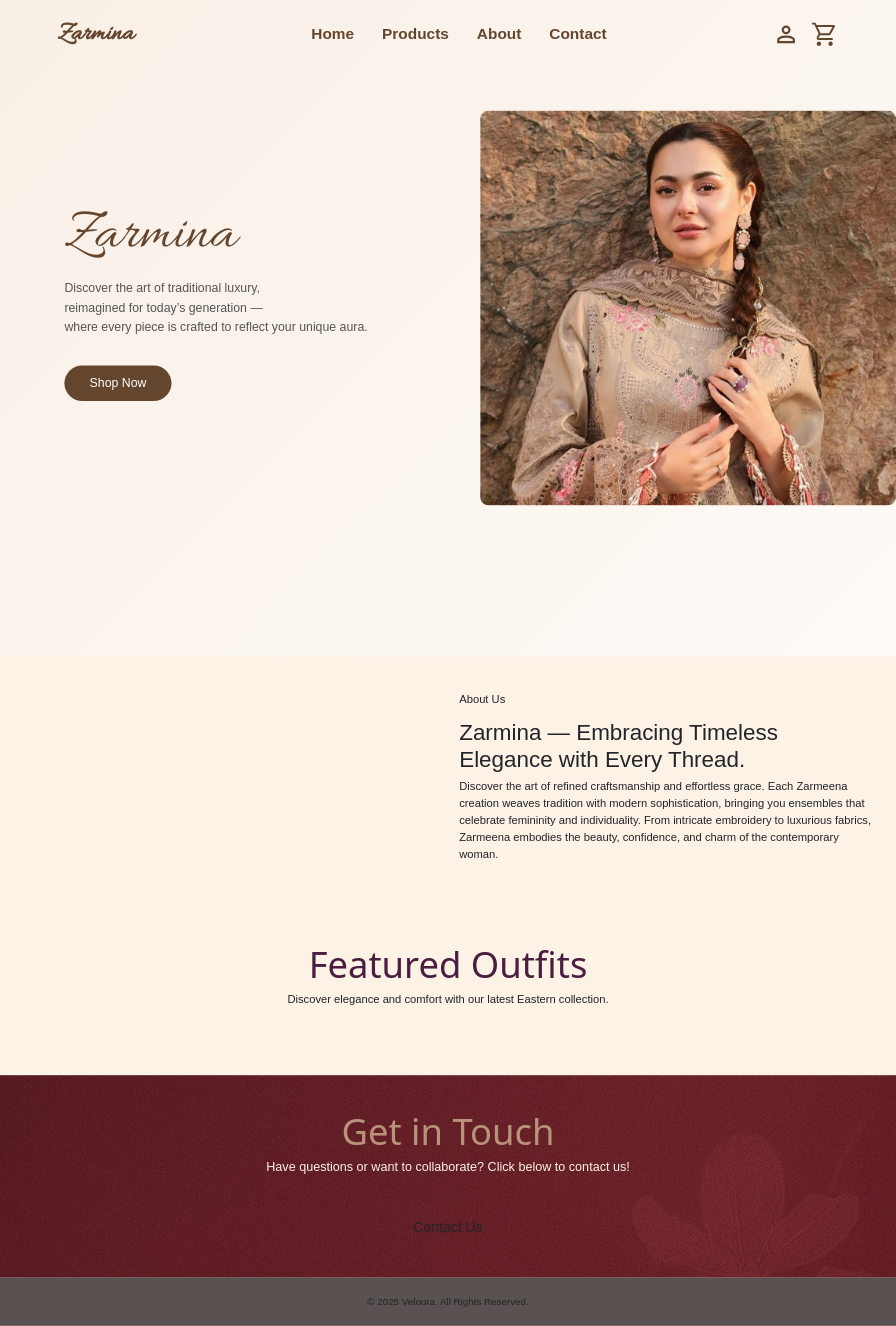
Repository: ayeshatehreem77/Clothing-store
Page: / (app in perfumes-app/)
An editor plug-in stored every save of this project. The page is shown before and after the next save, followed by the edit.
The browser window is 1280 px wide. The pictures show the whole page, at 70% of full size.
Pictures or frames that could not be fetched are drawn as grey boxes. The page's requests for data from a server got no answer. Some web fonts or font styles are not loaded; a fallback is used. The project was rebuilt for these pictures with package versions that can differ from the ones it lists, and the page was loaded fresh each time. No one was signed in, and anything a server would have sent is missing. Also part of the build but not shown: perfumes-app/src/components/Alert.js.

Above is the page before, as saved 2025-10-30 22:32:00.

After the next save:
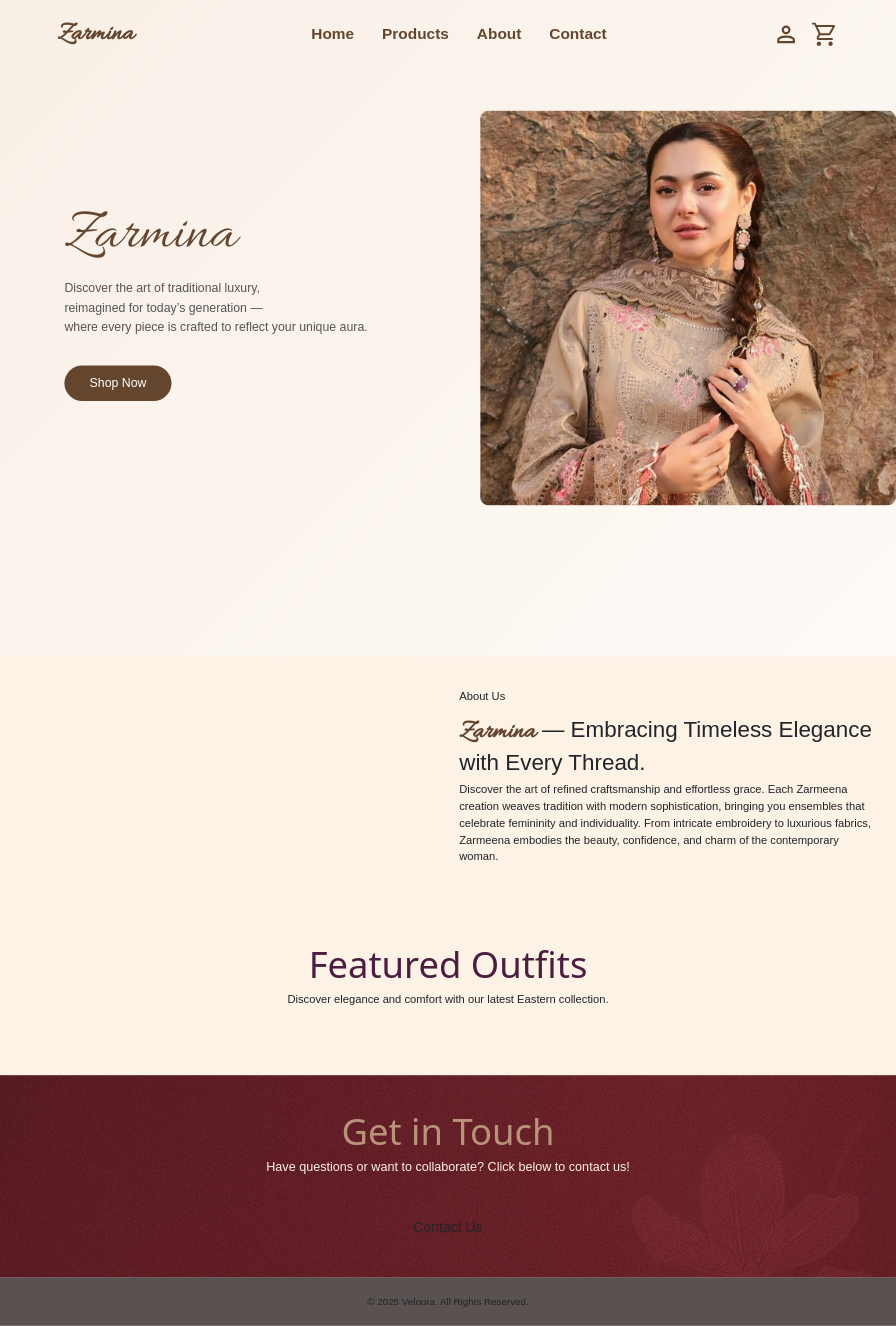
Saved 58 s later.
--- a/perfumes-app/src/components/Aboutus.js
+++ b/perfumes-app/src/components/Aboutus.js
@@ -32,7 +32,7 @@
       <div className="left-section">
         <p>About Us</p>
         <h2>
-         <span>Zarmina</span> — Embracing Timeless Elegance with Every Thread.
+         <span className="navbar-brand fw-bold veloura-logo">Zarmina</span> — Embracing Timeless Elegance with Every Thread.
         </h2>
         <p>Discover the art of refined craftsmanship and effortless grace. Each Zarmeena creation weaves tradition with modern sophistication, bringing you ensembles that celebrate femininity and individuality. From intricate embroidery to luxurious fabrics, Zarmeena embodies the beauty, confidence, and charm of the contemporary woman.</p>
       </div>

After the save that followed:
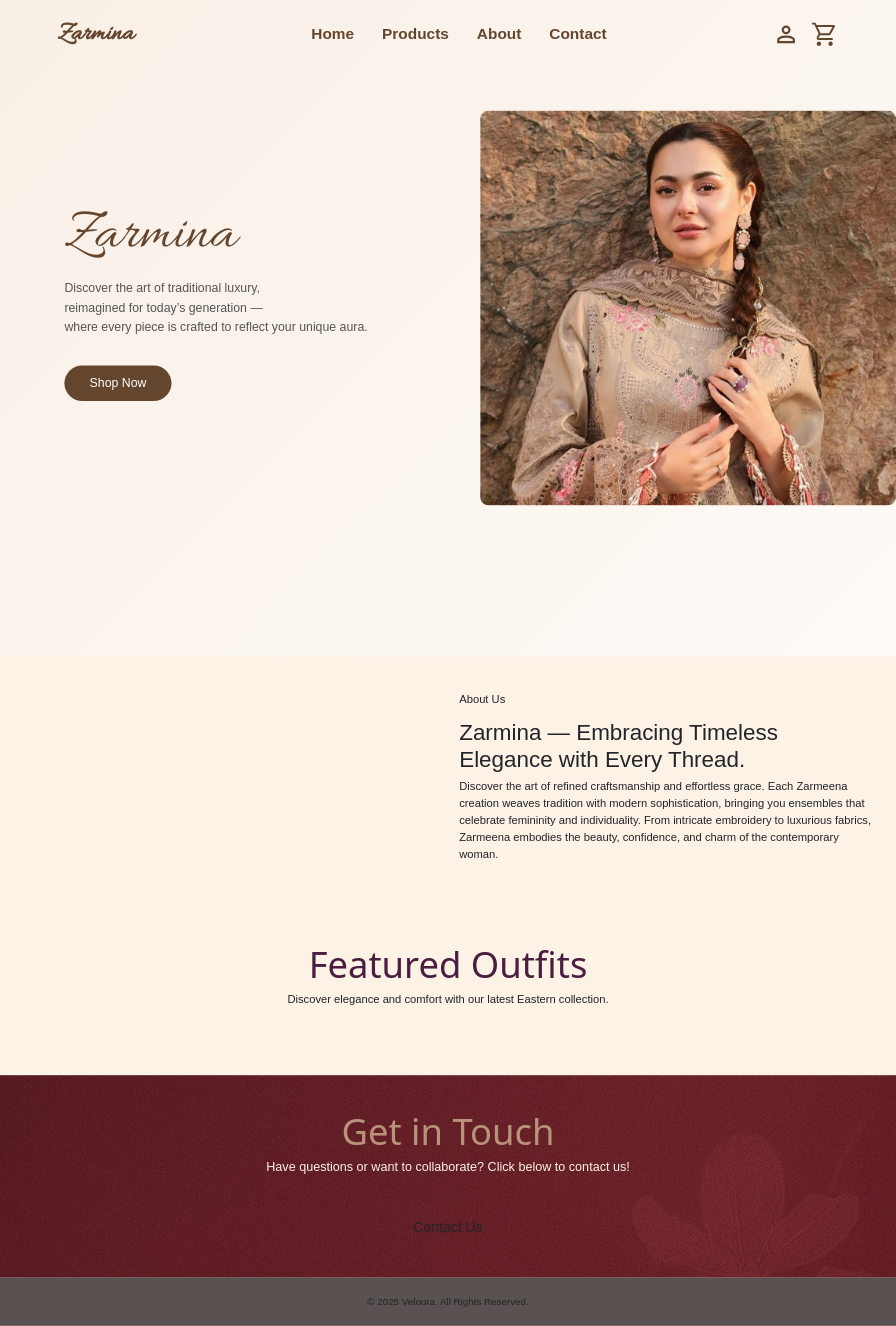
Saved 32 s later.
--- a/perfumes-app/src/components/Aboutus.js
+++ b/perfumes-app/src/components/Aboutus.js
@@ -32,7 +32,7 @@
       <div className="left-section">
         <p>About Us</p>
         <h2>
-         <span className="navbar-brand fw-bold veloura-logo">Zarmina</span> — Embracing Timeless Elegance with Every Thread.
+         Zarmina — Embracing Timeless Elegance with Every Thread.
         </h2>
         <p>Discover the art of refined craftsmanship and effortless grace. Each Zarmeena creation weaves tradition with modern sophistication, bringing you ensembles that celebrate femininity and individuality. From intricate embroidery to luxurious fabrics, Zarmeena embodies the beauty, confidence, and charm of the contemporary woman.</p>
       </div>
